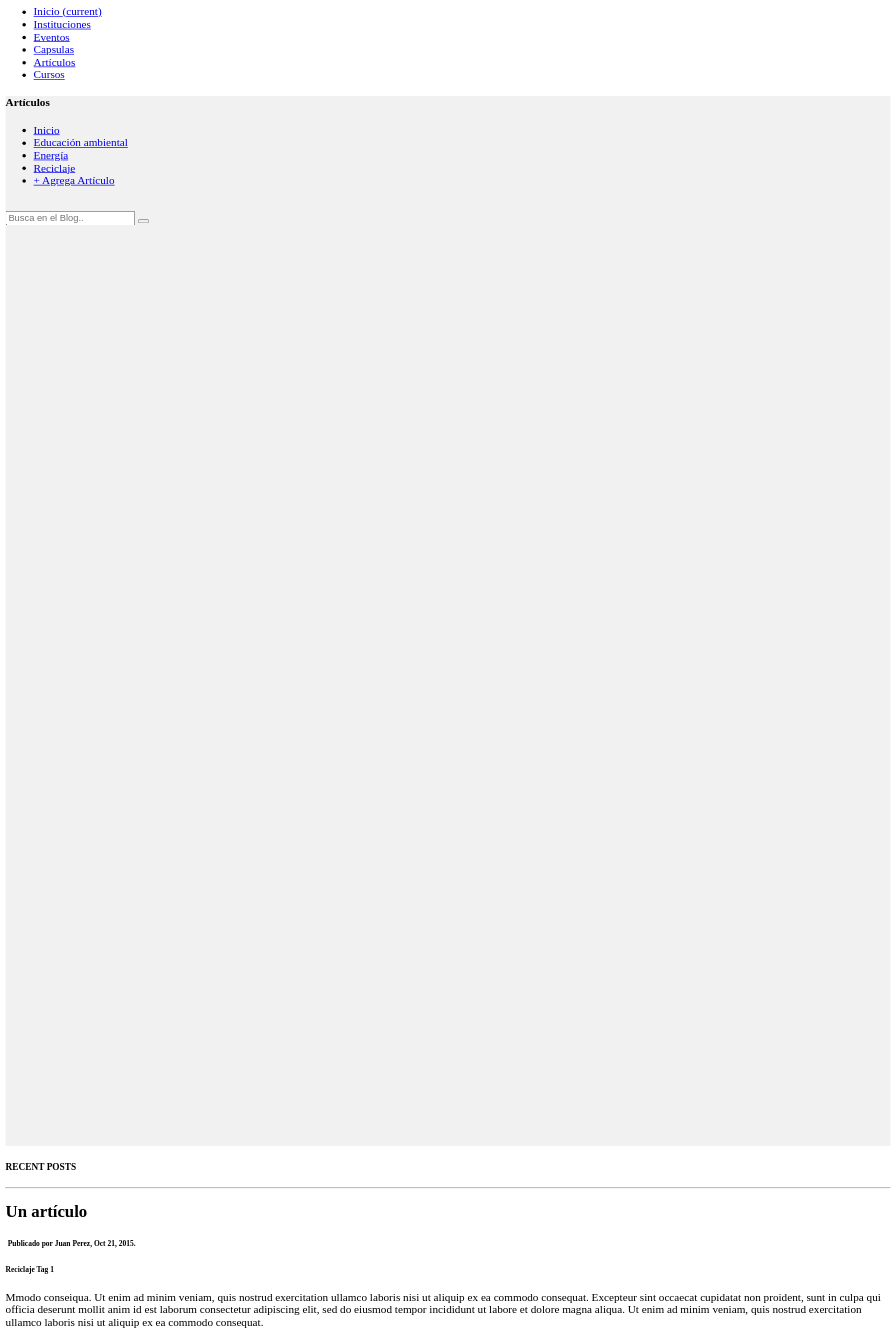
Repository: Gimape07/BDGrupal
Page: webpage/_articulos.html
The author's editor kept a record of every edit. The page is drawn from the files as they stood at one moment, then again after the next edit.
The browser window is 1280 px wide. The pictures show the part of the page from y = 0 to 1920 px (the page is 3103 px tall), at 70% of full size.

Above is the page before.

After the next edit:
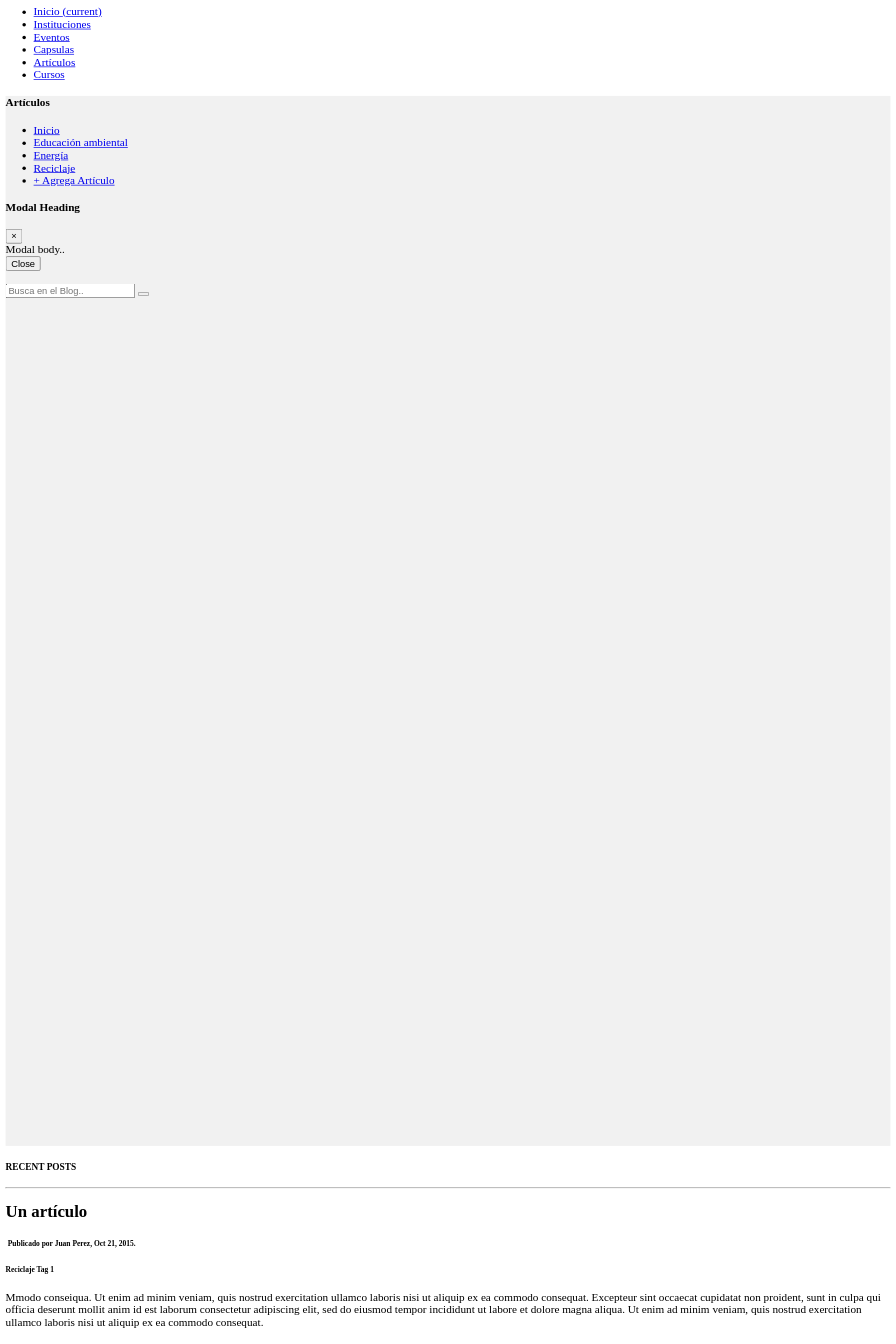
The edit:
--- a/webpage/_articulos.html
+++ b/webpage/_articulos.html
@@ -159,6 +159,46 @@
         <li class="nav-item"><a class="nav-link" href="#">Reciclaje</a></li>
         <li class="nav-item"><a class="nav-link" href="#">+ Agrega Artículo</a></li>
       </ul>
+
+
+
+       <!-- The Modal -->
+  <div class="modal fade" id="myModal">
+    <div class="modal-dialog">
+      <div class="modal-content">
+
+        <!-- Modal Header -->
+        <div class="modal-header">
+          <h4 class="modal-title">Modal Heading</h4>
+          <button type="button" class="close" data-dismiss="modal">&times;</button>
+        </div>
+
+        <!-- Modal body -->
+        <div class="modal-body">
+          Modal body..
+        </div>
+
+        <!-- Modal footer -->
+        <div class="modal-footer">
+          <button type="button" class="btn btn-danger" data-dismiss="modal">Close</button>
+        </div>
+
+      </div>
+    </div>
+  </div>
+
+
+
+
+
+
+
+
+
+
+
+
+
 
       <br>
       <div class="input-group">
